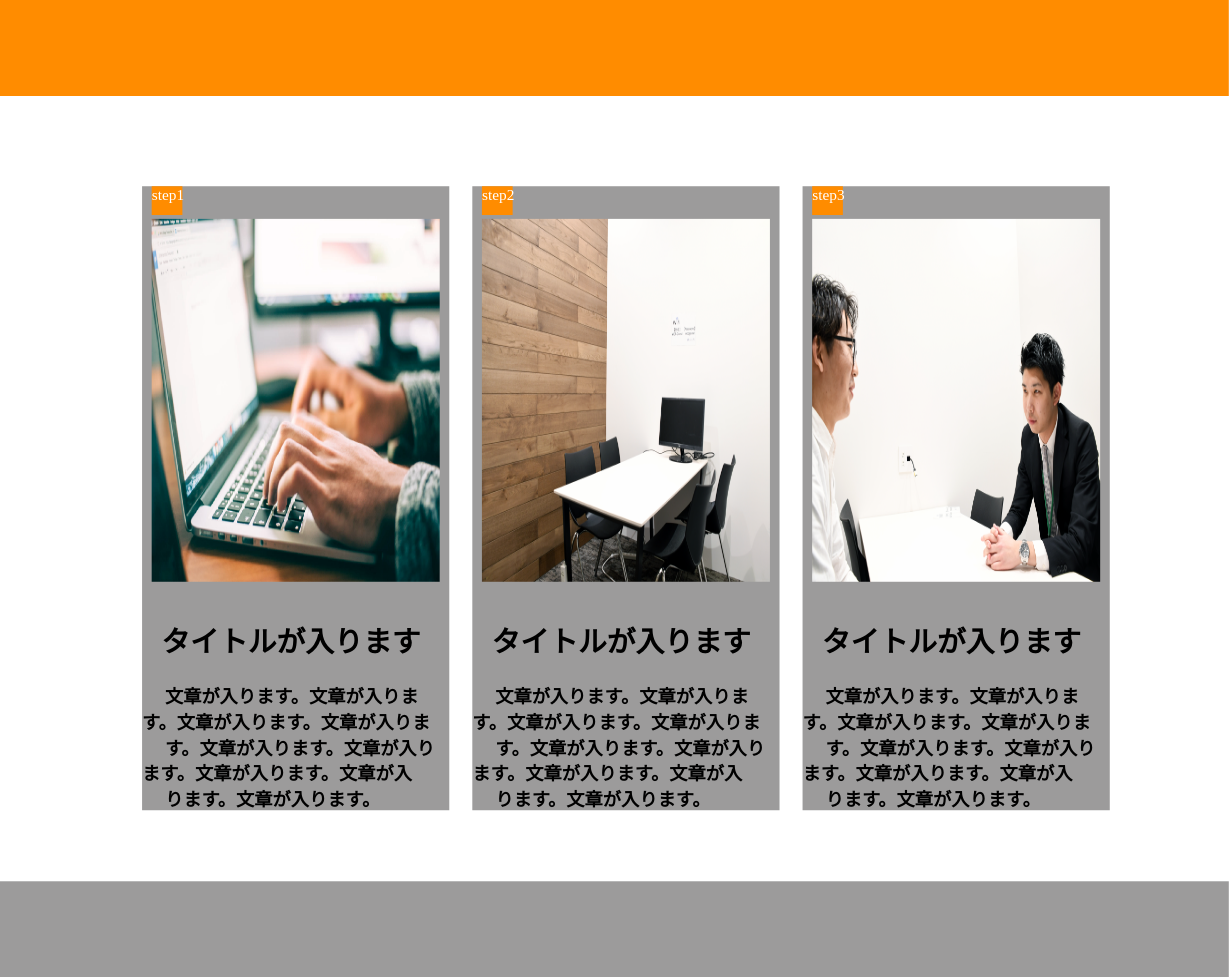
Repository: shiotaryuto/kadai1-10
Page: 課題/課題.html
The author's editor kept a record of every edit. The page is drawn from the files as they stood at one moment, then again after the next edit.
The browser window is 1280 px wide. The pictures show the whole page, at 96% of full size.
Some web libraries are served in a nearby version.

Above is the page before.

### 課題/課題.html
<!DOCTYPE html>
<html lang="ja">
  <head>
    <meta charset="UTF-8" />
    <meta name="viewport" content="width=device-width,initial-scale=1.0">
    <script src="https://kit.fontawesome.com/35efbb9d9d.js" crossorigin="anonymous"></script>
    <link rel="stylesheet" href="style.css" />
    <title>課題提出</title>
  </head>

  <body>
    <header></header>

　<main>
　    <div class="step1">
　      <img class="step1-img" src="img/flow01.png" />
　    <div class="step1-heading">step1</div>
　     <div class="step1-item">
　        <h3 class="step1-text-heading">
　          <p>タイトルが入ります</p></br>
　          文章が入ります。文章が入ります。文章が入ります。文章が入りま
　          す。文章が入ります。文章が入ります。文章が入ります。文章が入
　          ります。文章が入ります。
　          </h2>
　        </h3>
　      </div>
　    </div>

　     <div class="step2">
　      <img class="step2-img" src="img/flow02.png" />
　    <div class="step2-heading">step2</div>
　     <div class="step2-item">
　        <h3 class="step2-text-heading">
　         <p> タイトルが入ります</p></br>
　          文章が入ります。文章が入ります。文章が入ります。文章が入りま
　          す。文章が入ります。文章が入ります。文章が入ります。文章が入
　          ります。文章が入ります。
　          </h2>
　        </h3>
　      </div>
　    </div>

　     <div class="step3">
　      <img class="step3-img" src="img/flow03.png" />
　    <div class="step3-heading">step3</div>
　     <div class="step3-item">
　        <h3 class="step3-text-heading">
　         <p>タイトルが入ります</p></br>
　          文章が入ります。文章が入ります。文章が入ります。文章が入りま
　          す。文章が入ります。文章が入ります。文章が入ります。文章が入
　          ります。文章が入ります。
　          </h2>
　        </h3>
　      </div>
　    </div>
　</main>
　<footer></footer>
  </body>

### 課題/style.css
* {
  margin: 0;
  padding: 0;
  box-sizing: border-box;
  color: #6c6b6b;
}

a{
  text-decoration: none;
}

header{
  width: 100%;
  padding: 50px;
  background-color: #ff8c00;
}

main{
  width: 100%;
  margin-top: 50px;
  margin-bottom: 50px;
}

.step1{
  position: relative;
  display: inline-block;
  width: 25%;
  height: 650px;
  margin-left: 10%;
text-align: center;
padding: 10px;
  background-color: #9c9b9b;
}
.step1-heading{
  position: absolute;
width: 10%;
height: 30px;
top: 0;
  background-color: #ff8c00;
  color: white;
}

.step1-img{
  width: 100%;
  height: 60%;
}

.step1-item{
 width: 100%;
 left: 0;
}

.step1-text-heading{
  position: absolute;
  text-align: left;
  width: 100%;
  top: 65%;
  left: 0;
  font-size: 19px;
  color: black;
}

.step2{
  position: relative;
  display: inline-block;
  width: 25%;
  height: 650px;
  margin-top: 20px;
text-align: center;
padding: 10px;
  background-color: #9c9b9b;
}

.step2-heading{
  position: absolute;
width: 10%;
height: 30px;
top: 0;
  background-color: #ff8c00;
  color: white;
}

.step2-img{
  width: 100%;
  height: 60%;
}

.step2-item{
 width: 100%;
 left: 0;
}

.step2-text-heading{
  position: absolute;
  text-align: left;
  width: 100%;
  top: 65%;
  left: 0;
  font-size: 19px;
  color: black;
}

.step3{
  position: relative;
  display: inline-block;
  width: 25%;
  height: 650px;
  margin-top: 20px;
text-align: center;
padding: 10px;
  background-color: #9c9b9b;
}

.step3-heading{
  position: absolute;
width: 10%;
height: 30px;
top: 0;
  background-color: #ff8c00;
  color: white;

}

.step3-img{
  width: 100%;
  height: 60%;
}


.step3-item{
 width: 100%;
 left: 0;
}

.step3-text-heading{
  position: absolute;
  text-align: left;
  width: 100%;
  top: 65%;
  left: 0;
  font-size: 19px;
  color: black;
}

p{
  font-size: 30px;
  padding-left: 20px;
  color: black;

}
footer{
  width: 100%;
  padding: 50px;
  background-color: #9c9b9b;
}

@media screen and (max-width:768px){
  header{
    width: 100%;
  }

main{
  width: 100%;
}

.step1{
  width: 80%;
  height: 400px;
  left: 0;
}

.step1-text-heading{
  top: 60%;
  font-size: 15px;
}

.step2{
  width: 80%;
  height: 400px;
  margin-left: 10%;
}

.step2-text-heading{
  top: 60%;
  font-size: 15px;
}

.step3{
  width: 80%;
  height: 400px;
  margin-left: 10%;
}

.step3-text-heading{
  top: 60%;
  font-size: 15px;
}

footer{
  width: 100%;
}

After the next edit:
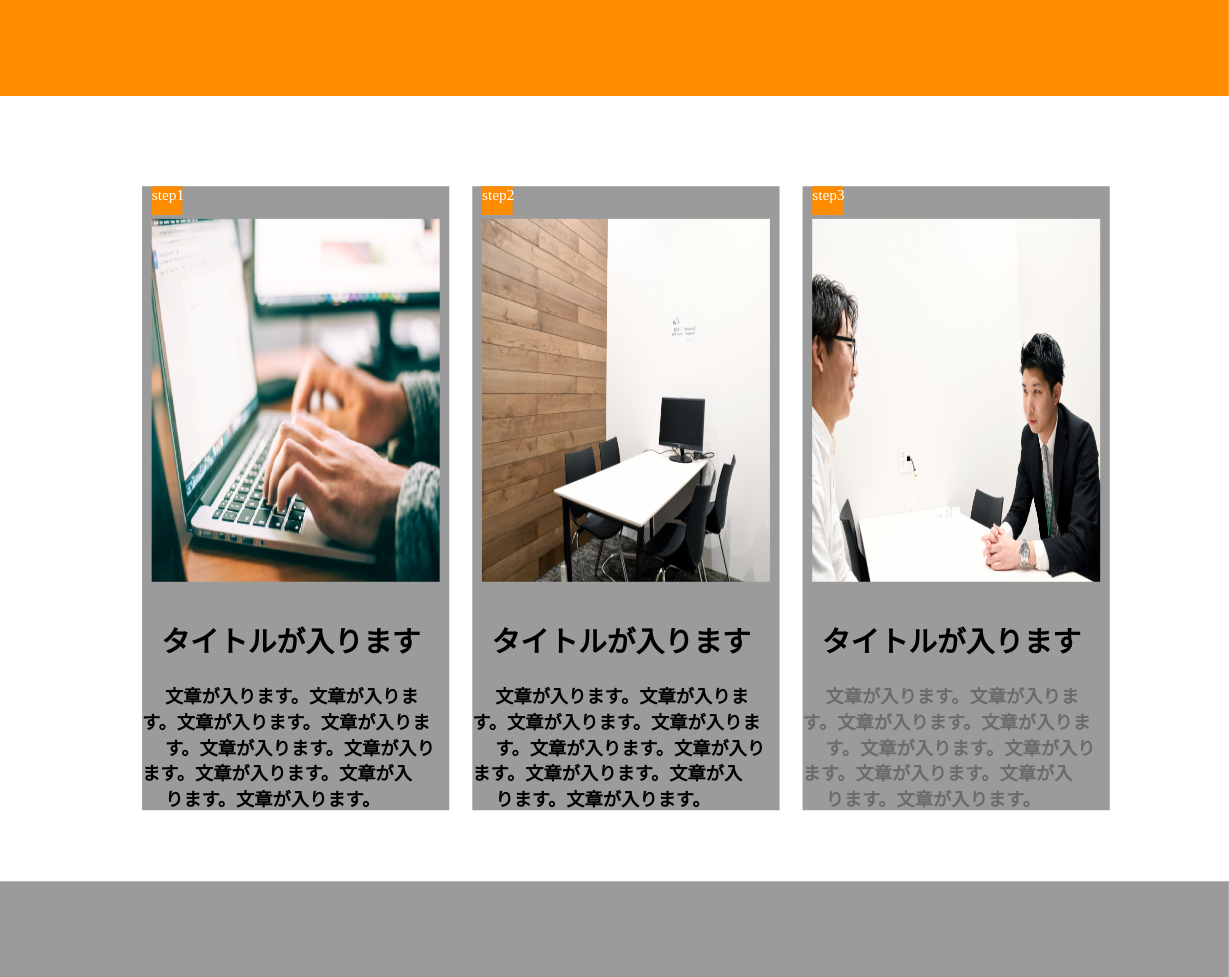
The edit:
--- a/課題/課題.html
+++ b/課題/課題.html
@@ -46,7 +46,7 @@
 　     <div class="step3-item">
 　        <h3 class="step3-text-heading">
 　         <p>タイトルが入ります</p></br>
-　          文章が入ります。文章が入ります。文章が入ります。文章が入りま
+　         <p1> 文章が入ります。文章が入ります。文章が入ります。文章が入りま
 　          す。文章が入ります。文章が入ります。文章が入ります。文章が入
 　          ります。文章が入ります。
 　          </h2>
